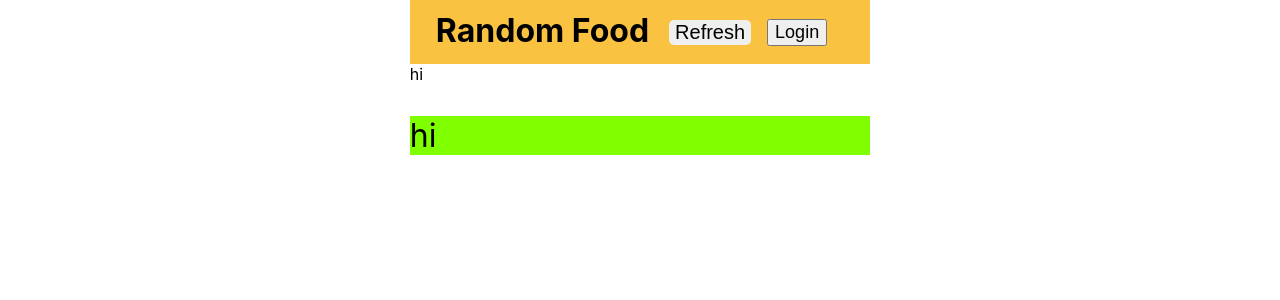
Repository: limjoohyun2030/random-food
Page: /random-food/home
An editor plug-in stored every save of this project. The page is shown before and after the next save, followed by the edit.
The browser window is 1280 px wide. The pictures show the whole page.
The page's requests for data from a server got no answer. The project was rebuilt for these pictures with package versions that can differ from the ones it lists, and the page was loaded fresh each time. A package was used in the major version that the imports need, not the one package.json lists. No one was signed in, and anything a server would have sent is missing. Also part of the build but not shown: src/components/food_detail/food_detail.module.css, src/components/food_detail/food_detail.jsx, src/components/food_item/food_item.module.css, src/components/food_item/food_item.jsx, src/components/login/login.module.css, src/components/login/login.jsx.

Above is the page before, as saved 2021-11-11 02:17:47.

After the next save:
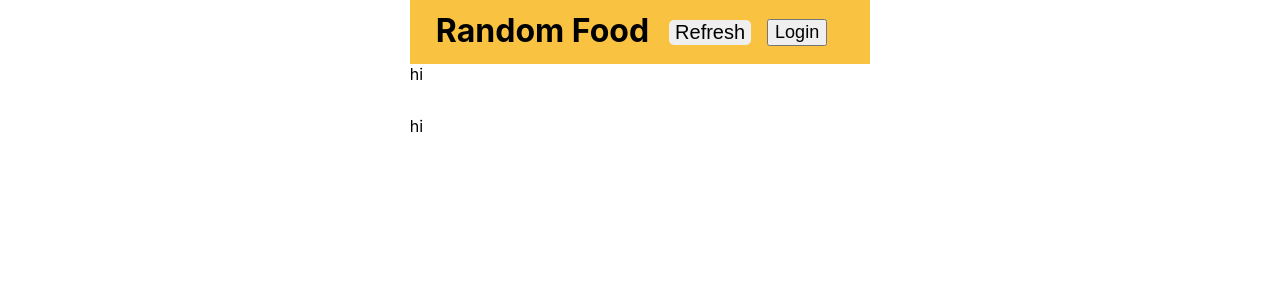
Saved 4 s later.
--- a/src/components/food_list/food_list.jsx
+++ b/src/components/food_list/food_list.jsx
@@ -17,7 +17,7 @@ const FoodList = React.forwardRef(({ foods, onFoodClick }, ref) => {
             />
           ))}
       </ul>
-      <div className={styles.sidebars}>hi</div>
+      <div className={styles.sidebarRight}>hi</div>
     </section>
   );
 });
